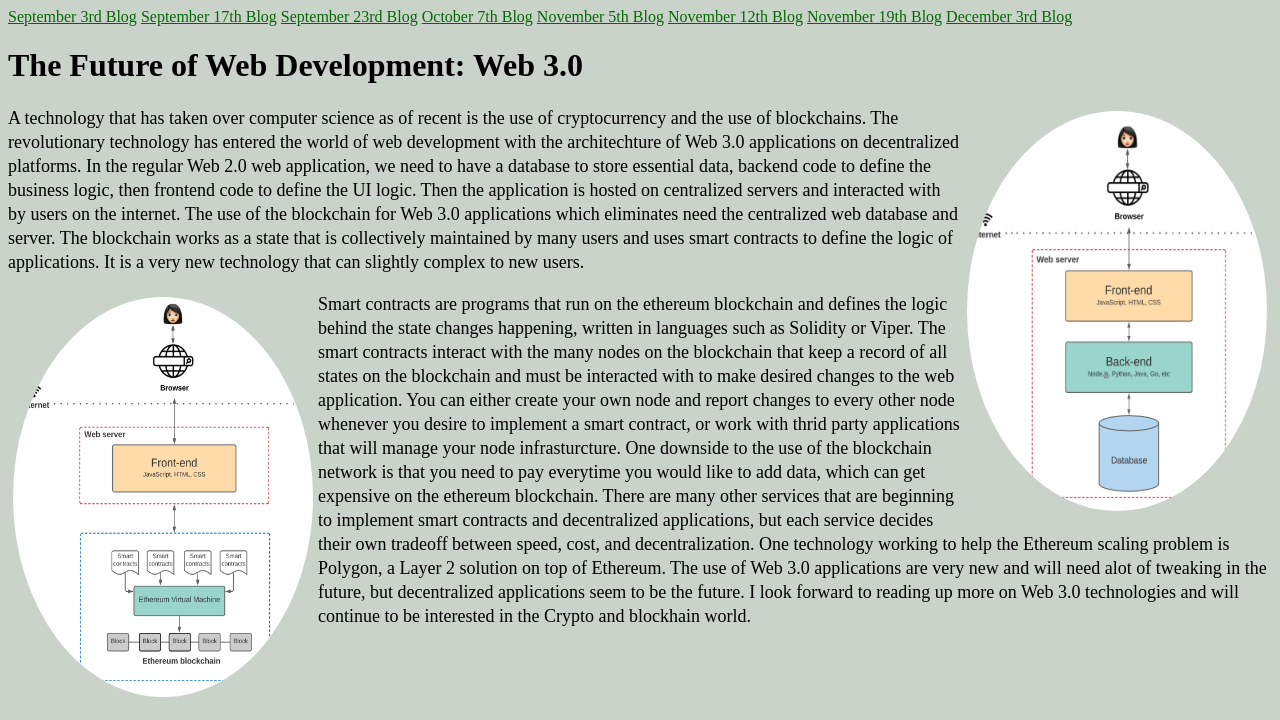
Repository: alharama/WebBlog
Page: Dec_3rd.html
These files come from the project's save history. The page is drawn as it stood at one moment and after the next save; the edit follows.
The browser window is 1280 px wide. The pictures show the whole page.

Above is the page before, as saved 2021-12-02 22:57:04.

After the next save:
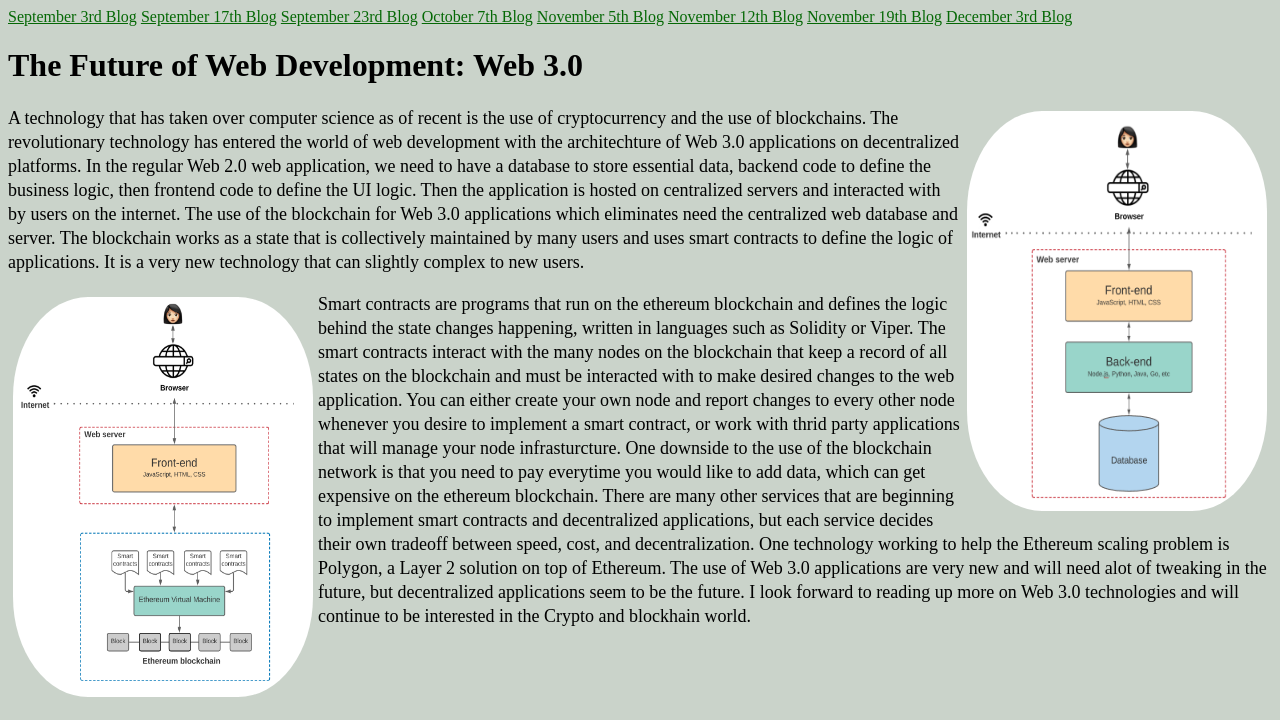
Saved 6 s later.
--- a/Dec_3rd.html
+++ b/Dec_3rd.html
@@ -42,7 +42,7 @@
         margin: 5px;
         height: 400px;
         width: 300px;
-        border-radius: 75%;
+        border-radius: 25%;
       }
       #web2 {
         float: right;
